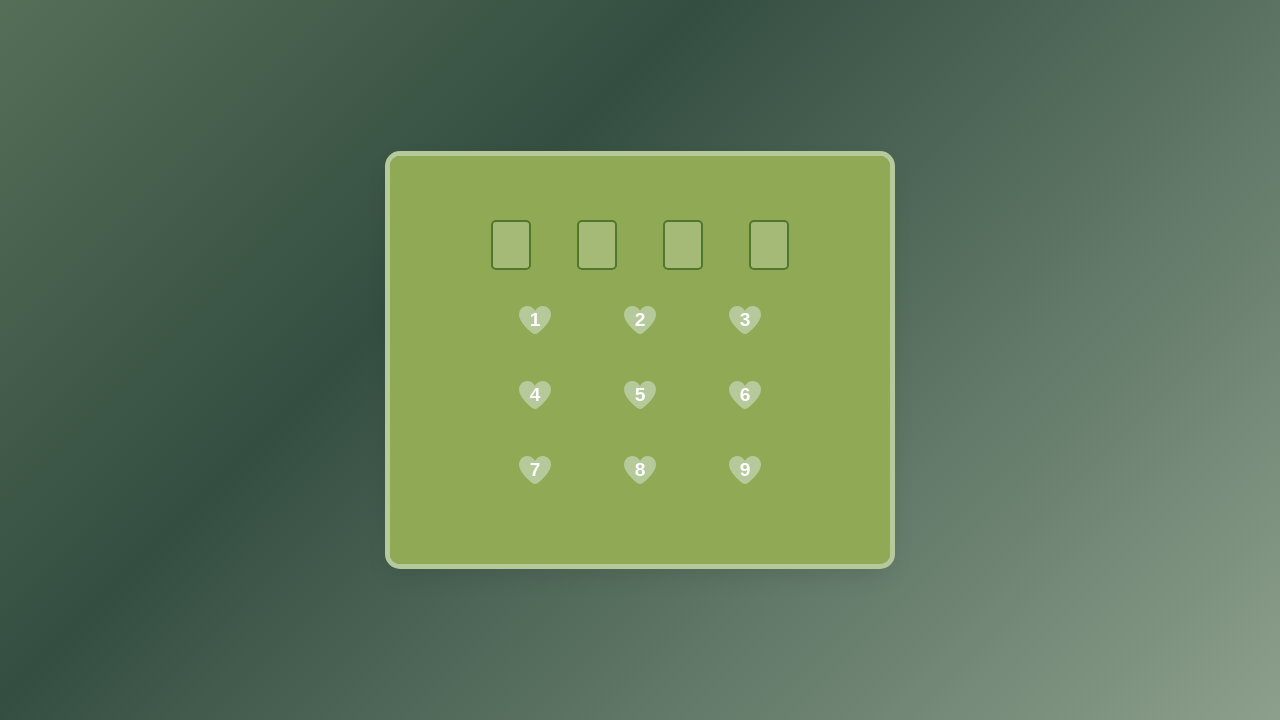
Repository: jahatesu/project-cutie
Page: index.html
The author's editor kept a copy of each file at every save. The page is drawn from the files as they stood at one save, then again after a run of saves.
The browser window is 1280 px wide. The pictures show the whole page.
Some web libraries are served in a nearby version.

Above is the page before, as saved 2025-08-14 21:25:36.
Console error: TypeError: Cannot read properties of null (reading 'getBoundingClientRect')

### index.html
<!DOCTYPE html>
<html lang="en">
<head>
    <meta charset="UTF-8"
    meta http-equiv="X-UA-Compatible" content="IE=edge">
    <meta name="viewport" content="width=device-width, initial-scale=1.0">
    <title>idk yet</title>
    <link rel="stylesheet" href="https://cdnjs.cloudflare.com/ajax/libs/font-awesome/7.0.0/css/all.min.css">
    <link rel="stylesheet" href="style.css">
</head>

<body>
    <div class="wrapper">
        <!-- <i class="fa-solid fa-heart"></i>
        <h2 class="question">Do you wanna see why I think you’re the cutest?</h2>
        <div class="btn-group">
            <button class="btn-yes">Yes</button>
            <button class="btn-no">No</button>
        </div> -->

        <!-- PIN DISPLAY -->
         <div class="pin-display">
            <div class="pin-box"></div>
            <div class="pin-box"></div>
            <div class="pin-box"></div>
            <div class="pin-box"></div>
         </div>

         <!-- HEART BUTTONS -->
         <div class="heart-pad">
            <button data-num="1"><i class="fa-solid fa-heart"></i><span>1</span></button>
            <button data-num="2"><i class="fa-solid fa-heart"></i><span>2</span></button>
            <button data-num="3"><i class="fa-solid fa-heart"></i><span>3</span></button>
            <button data-num="4"><i class="fa-solid fa-heart"></i><span>4</span></button>
            <button data-num="5"><i class="fa-solid fa-heart"></i><span>5</span></button>
            <button data-num="6"><i class="fa-solid fa-heart"></i><span>6</span></button>
            <button data-num="7"><i class="fa-solid fa-heart"></i><span>7</span></button>
            <button data-num="8"><i class="fa-solid fa-heart"></i><span>8</span></button>
            <button data-num="9"><i class="fa-solid fa-heart"></i><span>9</span></button>

        </div>
    </div>

    <script src="script.js"></script>


</body>
</html>

### style.css
:root{
    --bg1:#e9f5db;
    --bg2:#90a955;
    --accent:#b5c99a;
    --ink:#232323;
    --splash-duration: 2600ms;
  }

*{
    margin: 0;
    padding: 0;
    box-sizing: border-box;
}

html, body {
    display: flex;
    justify-content: center;
    align-items: center;
    min-height: 100vh;
  width: 100%;
  height:100%;
}

body {
    background: linear-gradient(-45deg, #e9f5db, #344e41, #b5c99a, #23d5ab);
    background-size: 400% 400%;
    animation: gradient 15s ease infinite;
}

@keyframes gradient {
    0% {
        background-position: 0% 50%;
    }
    50% {
        background-position: 100% 50%;
    }
    100% {
        background-position: 0% 50%;
    }
}
.wrapper{
    position: relative;
    width: 90%;
    padding: 5%;
    max-width: 500px;
    margin: 50px 50px;
    height: fit-content;
    /* max-height: 50%; */
    background: #90a955;
    border-radius: 10px;
    display: flex;
    justify-content: center;
    align-items: center;
    box-shadow: 0 10px 25px rgba(0,0,0,0.1);
    flex-direction: column;
    text-align: center;
    outline: 5px solid #b5c99a;
}

.pin-display{
  display: flex;
  justify-content: space-between;
  margin-bottom: 20px;
  width: 80%;
}

.pin-box{
  width: clamp(30px, 9vw, 40px);
  height: clamp(30px, 9vw, 50px);
  border: 2px solid #4f772d;
  border-radius: 5px;
  background: rgba(255,255,255,0.2);
}

.heart-pad {
  display: grid;
  grid-template-columns: repeat(3, 1fr);
  gap: 15px;
  width: 100%;
  max-width: 300px;
  justify-items: center;
  margin: 0 auto;
}

.heart-pad button {
  position: relative;
  width: 60px;
  height: 60px;
  background: none;        /* remove default button background */
  border: none;
  cursor: pointer;
  font-size: 1.2rem;
  color: white;
  display: flex;
  justify-content: center;
  align-items: center;
  outline: ;
}


.heart-pad i {
  position: absolute;      /* behind the number */
  font-size: 2rem;         /* heart size */
  color: #b5c99a;          /* heart color */
  z-index: 0;
}

.heart-pad button span {
  position: relative;
  z-index: 1;              /* number above the heart */
  font-weight: bold;
}


/* .wrapper i {
  font-size: 50px;
  margin-bottom: 10px;
  color: #e9f5db;
}

i{
    font-size:7.5em;
    color: #e9f5db;
    border: 5px solid transparent;
}

h2{
    font-size: 2em;
    color: #e9f5db;
    margin: 15px 0;
}
@media (max-width: 600px) {
  .h2 {
    font-size: 1.2rem;
  }
}

.btn-group{
    width: 100%;
    height: 40px;
    display: flex;
    justify-content: center;
    margin-top: 15px;
}

button {
    position: absolute;
    width: 150px;
    height: inherit;
    font-size: 1.2em;
    color: #e9f5db;
    font-weight: 600;
    border-radius: 30px;
    border: 2px solid #4f772d;
    cursor: pointer;
    box-shadow: 0 5px 15px rgba(0,0,0,0.3);
}

button:nth-child(1){
    margin-left: -200px;
    background: #4f772d;
    color: #b5c99a;
}

button:nth-child(2){
    margin-right: -200px;
    color: #b5c99a;
}

@media (max-width: 400px) {
  .question {
    font-size: 5vw;
  }
  button {
    font-size: 4vw;
  }
} */

### script.js
const wrapper = document.querySelector(".wrapper");
const question = document.querySelector(".question");
const yesBtn = document.querySelector(".btn-yes");
const noBtn = document.querySelector(".btn-no");

const wrapperRect = wrapper.getBoundingClientRect();
const noBtnRect = noBtn.getBoundingClientRect();


yesBtn.addEventListener('click', () => {
    question.innerHTML = 'I knew it! Love you too <3 ';
})

noBtn.addEventListener('mouseover', () => {
    const i = Math.floor(Math.random() * (wrapperRect.width - noBtnRect.width));
    const j = Math.floor(Math.random() * (wrapperRect.height - noBtnRect.height));
    noBtn.style.left = i + "px";
    noBtn.style.top = j + "px";
})

After the next 2 saves:
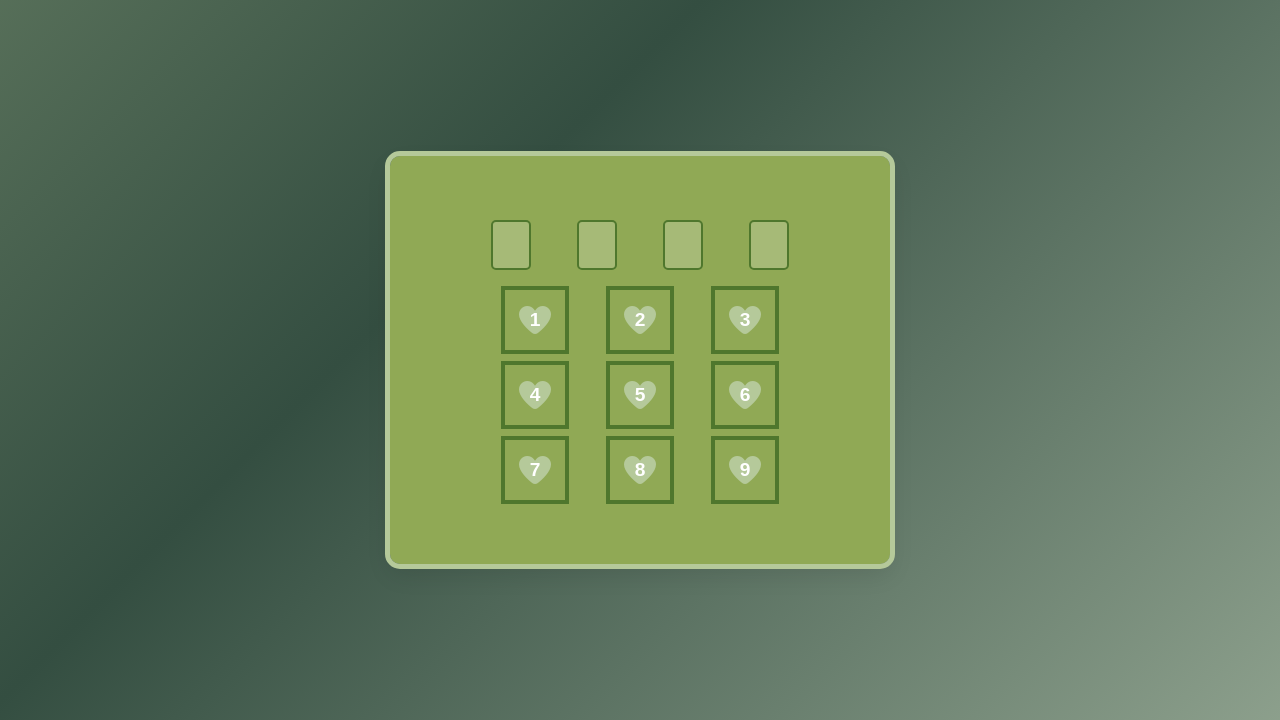
The 2 saves are shown as one change because they came seconds apart.
The last was saved 8 s later.
--- a/style.css
+++ b/style.css
@@ -94,7 +94,7 @@
   display: flex;
   justify-content: center;
   align-items: center;
-  outline: ;
+  outline: 4px solid #4f772d; /* border around the button */
 }
 
 

After the save that followed:
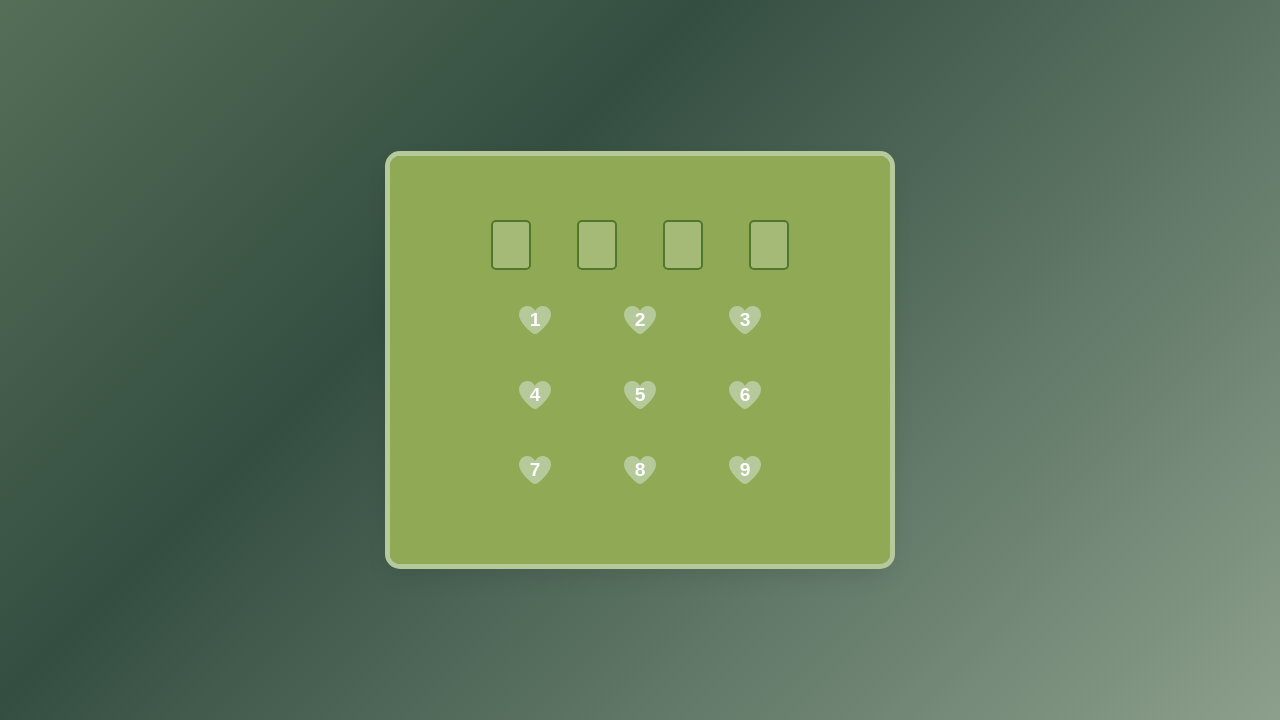
Saved 17 s later.
--- a/style.css
+++ b/style.css
@@ -94,7 +94,7 @@
   display: flex;
   justify-content: center;
   align-items: center;
-  outline: 4px solid #4f772d; /* border around the button */
+  outline: 4;
 }
 
 
